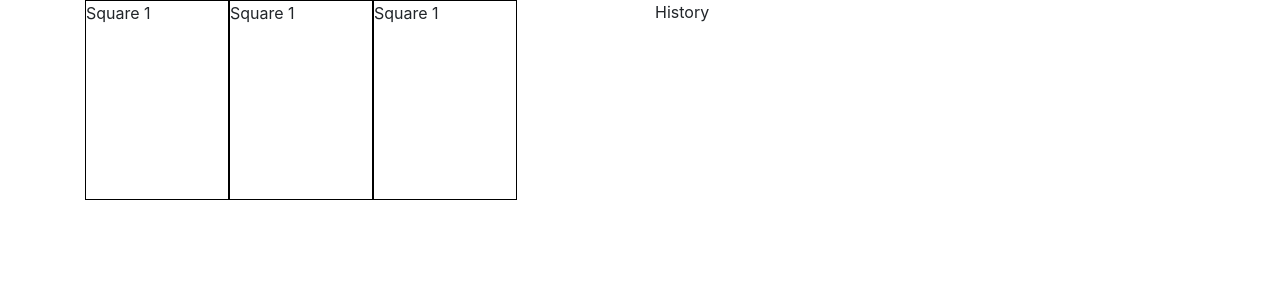
Repository: tts2610/Tic-Tac_Toe
Page: /
The author's editor kept a copy of each file at every save. The page is drawn from the files as they stood at one save, then again after the next save.
The browser window is 1280 px wide. The pictures show the whole page.
The project was rebuilt for these pictures with package versions that can differ from the ones it lists, and the page was loaded fresh each time.

Above is the page before, as saved 2020-06-02 10:59:15.

### src/App.js
import React, { Component } from "react";
import "./App.css";
import Board from "./components/Board";
import "bootstrap/dist/css/bootstrap.min.css";
import { Row, Col, Container } from "react-bootstrap";

export default class App extends Component {
  render() {
    return (
      <div className="App">
        <Container>
          <Row>
            <Col>
              <Board />
            </Col>
            <Col>History</Col>
          </Row>
        </Container>
      </div>
    );
  }
}

### src/App.css
.box {
    min-width: max-content;
    height: 200px;
    border: 1px solid black;
}

### src/components/Board.js
import React, { Component } from "react";
import Square from "./Square";
import { Row, Col, Container } from "react-bootstrap/";

const styles = {
  grid: {
    paddingLeft: 0,
    paddingRight: 0,
  },
  row: {
    marginLeft: 0,
    marginRight: 0,
    width: "80%",
  },
  col: {
    paddingLeft: 0,
    paddingRight: 0,
  },
};
export default class Board extends Component {
  render() {
    return (
      <Row style={styles.row}>
        <Col sm={4} style={styles.col}>
          <Square />
        </Col>
        <Col sm={4} style={styles.col}>
          <Square />
        </Col>
        <Col sm={4} style={styles.col}>
          <Square />
        </Col>
      </Row>
    );
  }
}

### src/components/Square.js
import React from "react";

export default function Square() {
  return <div className="box">Square 1</div>;
}

Loaded but not shown: public/index.html (common file); src/index.js (common file); src/index.css (common file); src/serviceWorker.js (common file)

After the next save:
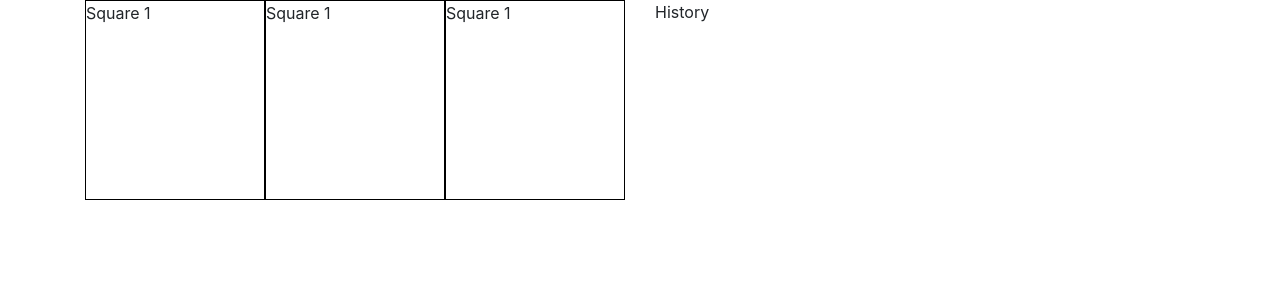
Saved 17 s later.
--- a/src/components/Board.js
+++ b/src/components/Board.js
@@ -10,7 +10,6 @@ const styles = {
   row: {
     marginLeft: 0,
     marginRight: 0,
-    width: "80%",
   },
   col: {
     paddingLeft: 0,
